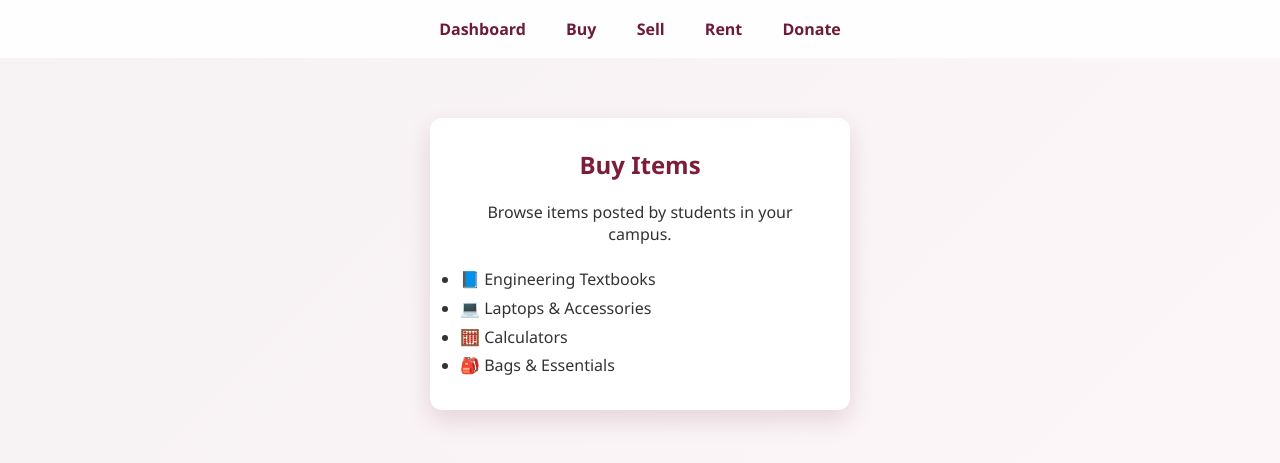
Repository: Sanjaya1822/Campus-Exchange
Page: http://localhost/CampusExchange/buy.jsp
An editor plug-in stored every save of this project. The page is shown before and after the next save, followed by the edit.
The browser window is 1280 px wide. The pictures show the whole page.
The page is served by Tomcat 9. The session is filled in as if someone had signed in: {"userEmail": "test@example.com"}. Other server files are loaded and not shown. Queries for data that is not in the repository find no rows.

Above is the page before, as saved 2026-02-01 13:19:53.

### CampusExchange/src/main/webapp/buy.jsp
<%
    if (session == null || session.getAttribute("userEmail") == null) {
        response.sendRedirect("login.jsp");
        return;
    }
%>

<%@ page language="java" contentType="text/html; charset=UTF-8" %>
<!DOCTYPE html>
<html>
<head>
    <title>Buy - CampusExchange</title>
    <link rel="stylesheet" href="css/style.css">
</head>
<body>

<div class="navbar">
    <a href="dashboard.jsp">Dashboard</a>
    <a href="buy.jsp">Buy</a>
    <a href="sell.jsp">Sell</a>
    <a href="rent.jsp">Rent</a>
    <a href="donate.jsp">Donate</a>
</div>

<div class="auth-container">
    <h2>Buy Items</h2>
    <p style="text-align:center;">
        Browse items posted by students in your campus.
    </p>

    <ul style="margin-top:20px; line-height:1.8;">
        <li>📘 Engineering Textbooks</li>
        <li>💻 Laptops & Accessories</li>
        <li>🧮 Calculators</li>
        <li>🎒 Bags & Essentials</li>
    </ul>
</div>

</body>
</html>

### CampusExchange/src/main/webapp/css/style.css
/* ================= RESET ================= */
* {
    margin: 0;
    padding: 0;
    box-sizing: border-box;
    font-family: "Segoe UI", Arial, sans-serif;
}

/* ================= PAGE BACKGROUND ================= */
body {
    background: linear-gradient(
        rgba(0,0,0,0.55),
        rgba(0,0,0,0.55)
    ),
    url("../images/bg.jpg") no-repeat center center / cover;
    min-height: 100vh;
    color: #333;
}

/* ================= NAVBAR ================= */
.navbar {
    width: 100%;
    padding: 18px;
    text-align: center;
    background: rgba(255,255,255,0.95);
}

.navbar a {
    margin: 0 18px;
    text-decoration: none;
    color: #6d1b3b;
    font-weight: 600;
    font-size: 16px;
}

.navbar a:hover {
    color: #9c274d;
}

/* ================= HERO ================= */
.hero {
    margin-top: 120px;
    text-align: center;
    color: #ffffff;
}

.hero h1 {
    font-size: 52px;
    letter-spacing: 1px;
}

.hero p {
    margin-top: 15px;
    font-size: 18px;
    max-width: 650px;
    margin-left: auto;
    margin-right: auto;
    opacity: 0.95;
}

/* ================= CTA ================= */
.cta {
    margin-top: 30px;
}

.cta a {
    display: inline-block;
    padding: 14px 30px;
    background: #6d1b3b;
    color: #ffffff;
    text-decoration: none;
    border-radius: 30px;
    font-size: 16px;
    font-weight: 600;
}

.cta a:hover {
    background: #9c274d;
}

/* ================= FEATURES ================= */
.features {
    background: #f7f3f5;
    padding: 70px 20px;
    margin-top: 120px;
}

.features h2 {
    text-align: center;
    margin-bottom: 40px;
    color: #6d1b3b;
    font-size: 32px;
}

/* ================= FEATURE GRID ================= */
.feature-grid {
    display: grid;
    grid-template-columns: repeat(auto-fit, minmax(220px, 1fr));
    gap: 30px;
    max-width: 1000px;
    margin: auto;
}

/* ================= FEATURE CARD ================= */
.feature-card {
    background: #ffffff;
    padding: 30px;
    border-radius: 14px;
    text-align: center;
    box-shadow: 0 15px 30px rgba(0,0,0,0.15);
    transition: transform 0.3s ease, box-shadow 0.3s ease;
}

.feature-card i {
    font-size: 34px;
    color: #6d1b3b;
    margin-bottom: 15px;
}

.feature-card h3 {
    margin-bottom: 10px;
    color: #6d1b3b;
}

.feature-card p {
    font-size: 14px;
    line-height: 1.6;
}

.feature-card a {
    display: inline-block;
    margin-top: 15px;
    color: #9c274d;
    font-weight: 600;
    text-decoration: none;
}

.feature-card:hover {
    transform: translateY(-8px);
    box-shadow: 0 25px 45px rgba(0,0,0,0.25);
}

/* ================= INFO SECTION ================= */
.info {
    background: #ffffff;
    padding: 70px 20px;
}

.info h2 {
    text-align: center;
    color: #6d1b3b;
    margin-bottom: 25px;
}

.info p {
    max-width: 800px;
    margin: auto;
    text-align: center;
    line-height: 1.7;
    font-size: 15px;
}

/* ================= FOOTER ================= */
.footer {
    background: #6d1b3b;
    color: #ffffff;
    padding: 20px;
    text-align: center;
    font-size: 14px;
}
/* ================= AUTH PAGES ================= */
.auth-container {
    width: 420px;
    background: rgba(255,255,255,0.97);
    padding: 35px;
    border-radius: 14px;
    box-shadow: 0 20px 40px rgba(0,0,0,0.3);
    margin: 120px auto;
}

.auth-container h2 {
    text-align: center;
    margin-bottom: 25px;
    color: #6d1b3b;
}

/* Input group */
.auth-group {
    margin-bottom: 18px;
}

.auth-group label {
    display: block;
    margin-bottom: 6px;
    font-weight: 600;
    color: #444;
}

.auth-group input {
    width: 100%;
    padding: 12px;
    border-radius: 6px;
    border: 1px solid #ccc;
    font-size: 15px;
}

.auth-group input:focus {
    outline: none;
    border-color: #9c274d;
    box-shadow: 0 0 5px rgba(156,39,77,0.4);
}

/* Submit button */
.auth-btn {
    width: 100%;
    padding: 12px;
    background: #6d1b3b;
    color: white;
    border: none;
    border-radius: 6px;
    font-size: 16px;
    font-weight: 600;
    cursor: pointer;
    margin-top: 10px;
}

.auth-btn:hover {
    background: #9c274d;
}

/* Auth links */
.auth-link {
    text-align: center;
    margin-top: 18px;
}

.auth-link a {
    text-decoration: none;
    color: #6d1b3b;
    font-weight: 600;
}

.auth-link a:hover {
    text-decoration: underline;
}
/* ================= DASHBOARD ================= */

.dashboard-grid {
    display: grid;
    grid-template-columns: repeat(2, 1fr);
    gap: 20px;
    margin-top: 20px;
}

.dash-card {
    display: block;
    padding: 25px;
    border-radius: 12px;
    text-decoration: none;
    background: #f7f3f5;
    color: #333;
    box-shadow: 0 10px 20px rgba(0,0,0,0.15);
    transition: transform 0.3s ease, box-shadow 0.3s ease;
}

.dash-card h3 {
    color: #6d1b3b;
    margin-bottom: 8px;
}

.dash-card:hover {
    transform: translateY(-6px);
    box-shadow: 0 18px 30px rgba(0,0,0,0.25);
}
.error-msg {
    color: #7b1e3a;
    background: #fdecee;
    padding: 10px;
    border-radius: 6px;
    text-align: center;
    margin-bottom: 15px;
}
/* SELL / FORM PAGE CLEAN BACKGROUND */
body {
    background: linear-gradient(135deg, #f6f1f3, #fdf7f9);
    font-family: 'Segoe UI', sans-serif;
}

.auth-container {
    background: #ffffff;
    padding: 30px;
    max-width: 500px;
    margin: 60px auto;
    border-radius: 12px;
    box-shadow: 0 10px 25px rgba(123, 30, 58, 0.15);
}

.auth-container h2 {
    color: #7b1e3a;
    text-align: center;
    margin-bottom: 20px;
}

.auth-container label {
    color: #5a1a2b;
    font-weight: 500;
}

.auth-container input,
.auth-container textarea,
.auth-container select {
    width: 100%;
    padding: 10px;
    margin-bottom: 15px;
    border-radius: 6px;
    border: 1px solid #ccc;
}

.auth-container input[type="submit"] {
    background: #7b1e3a;
    color: white;
    border: none;
    cursor: pointer;
    font-weight: bold;
}

.auth-container input[type="submit"]:hover {
    background: #5a1428;
}

### CampusExchange/src/main/java/com/campusexchange/db/DBConnection.java
package com.campusexchange.db;

import java.sql.Connection;
import java.sql.DriverManager;

public class DBConnection {

    private static final String URL =
        "jdbc:postgresql://localhost:5432/campusexchange";
    private static final String USER = "postgres";
    private static final String PASSWORD = "123";

    public static Connection getConnection() {
        Connection con = null;
        try {
            Class.forName("org.postgresql.Driver");
            con = DriverManager.getConnection(URL, USER, PASSWORD);
            System.out.println("DB Connected Successfully");
        } catch (Exception e) {
            e.printStackTrace(); // VERY IMPORTANT
        }
        return con;
    }
}

After the next save:
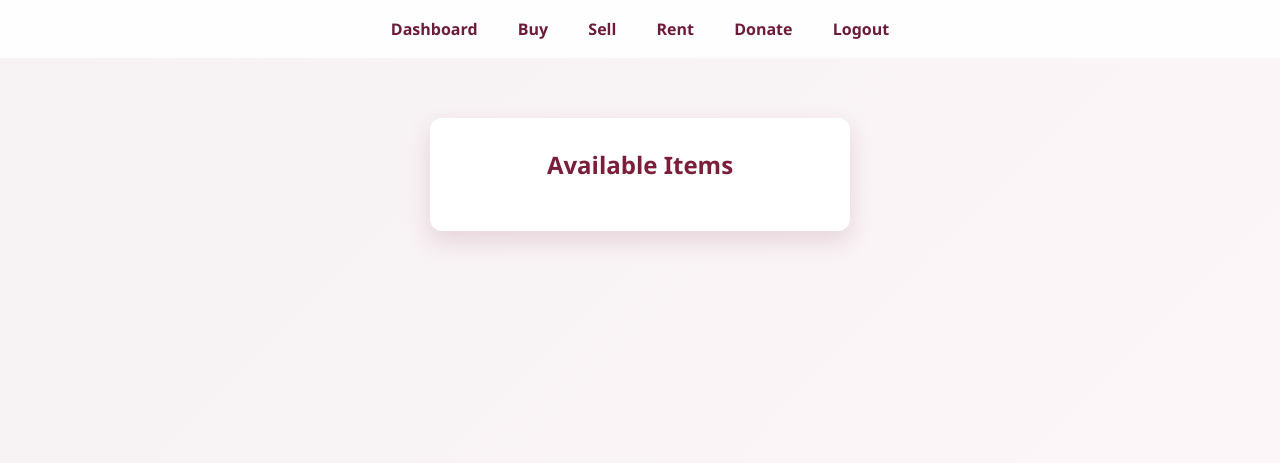
Saved 18 s later.
--- a/CampusExchange/src/main/webapp/buy.jsp
+++ b/CampusExchange/src/main/webapp/buy.jsp
@@ -1,3 +1,7 @@
+<%@ page language="java" contentType="text/html; charset=UTF-8" %>
+<%@ page import="java.sql.*" %>
+<%@ page import="com.campusexchange.db.DBConnection" %>
+
 <%
     if (session == null || session.getAttribute("userEmail") == null) {
         response.sendRedirect("login.jsp");
@@ -5,11 +9,10 @@
     }
 %>
 
-<%@ page language="java" contentType="text/html; charset=UTF-8" %>
 <!DOCTYPE html>
 <html>
 <head>
-    <title>Buy - CampusExchange</title>
+    <title>Buy Items - CampusExchange</title>
     <link rel="stylesheet" href="css/style.css">
 </head>
 <body>
@@ -20,20 +23,31 @@
     <a href="sell.jsp">Sell</a>
     <a href="rent.jsp">Rent</a>
     <a href="donate.jsp">Donate</a>
+    <a href="logout">Logout</a>
 </div>
 
 <div class="auth-container">
-    <h2>Buy Items</h2>
-    <p style="text-align:center;">
-        Browse items posted by students in your campus.
-    </p>
+    <h2>Available Items</h2>
 
-    <ul style="margin-top:20px; line-height:1.8;">
-        <li>📘 Engineering Textbooks</li>
-        <li>💻 Laptops & Accessories</li>
-        <li>🧮 Calculators</li>
-        <li>🎒 Bags & Essentials</li>
-    </ul>
+    <div class="items-grid">
+    <%
+        Connection con = DBConnection.getConnection();
+        Statement st = con.createStatement();
+        ResultSet rs = st.executeQuery("SELECT * FROM items ORDER BY id DESC");
+
+        while (rs.next()) {
+    %>
+        <div class="item-card">
+            <img src="uploads/<%= rs.getString("image") %>" alt="Item Image">
+            <h3><%= rs.getString("title") %></h3>
+            <p><%= rs.getString("description") %></p>
+            <p class="price">₹ <%= rs.getDouble("price") %></p>
+        </div>
+    <%
+        }
+        con.close();
+    %>
+    </div>
 </div>
 
 </body>
